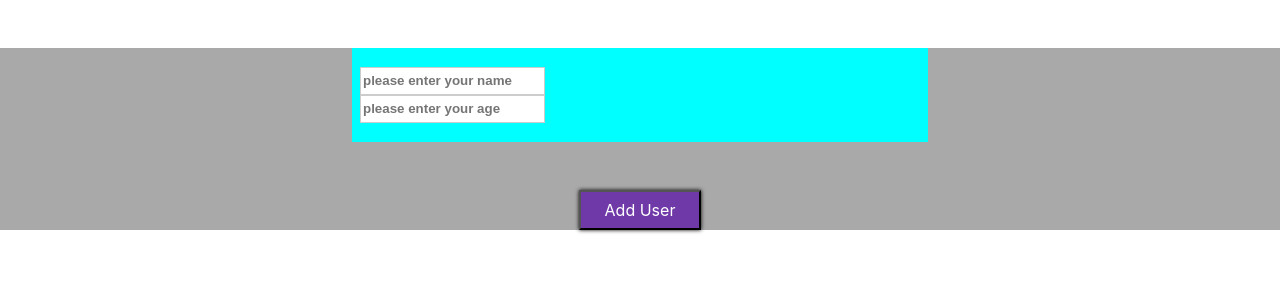
Repository: NamalPathirana/section-eight
Page: /
These files come from the project's save history. The page is drawn as it stood at one moment and after a run of saves; the edit follows.
The browser window is 1280 px wide. The pictures show the whole page.
The project was rebuilt for these pictures with package versions that can differ from the ones it lists, and the page was loaded fresh each time.

Above is the page before, as saved 2021-11-25 21:51:35.

### src/App.js
import logo from './logo.svg';
import './App.css';
import UserInput from './Components/UserInput/UserInput';

function App() {
  return (
    <div className="App">
      <section>
      <UserInput></UserInput>
      </section>
    </div>
  );
}

export default App;

### src/App.css
.App {
  text-align: center;
  flex-direction: column;
  background-color: darkgrey;
}

### src/Components/UserInput/UserInput.js
import Button from '../../UI/Button/Button';
import styles from './UserInput.module.css'

const UserInput = () => {
    return (
        <form>
        <div className={styles.frame}>
            <input placeholder='please enter your name'/>
            <input placeholder='please enter your age'/>
        </div>
        <Button name='Add User'></Button>
        </form>
    );
};

export default UserInput;

### src/UI/Button/Button.js
import styles from './Button.module.css'

const Button = (props) => {

    return(
        <div>
            <button className={styles.button}>
               {props.name}
            </button>
        </div>
    )
}

export default Button;

### src/Components/UserInput/UserInput.module.css
.frame{
    margin: 0.5rem 0.5rem;
    padding: 1.2rem 0.5rem;
    width: 35rem;
    max-width: 90%;
    margin: 3rem auto;
    background-color: aqua;
}

.frame input{
    display: block;
    font-weight: bold;
    border: 1px solid #ccc;
    line-height: 1.5rem;
    padding: 100 0.25rm;
}

### src/UI/Button/Button.module.css
.button{
    font: inherit;
    padding: 0.5rem 1.5rem;
    background-color: rgb(112, 57, 168);
    color:white;
    box-shadow: 0 0 4px black;
    cursor: pointer;
}

.button:focus{
    outline: none;
}

.button:hover,.button:active{
    background-color: rgb(185, 140, 231);
    border-color: rgb(185, 140, 231);
    box-shadow: 0 0 8px black;
}

Loaded but not shown: public/index.html (common file); src/index.js (common file); src/index.css (common file); src/reportWebVitals.js (common file)

After the next 2 saves:
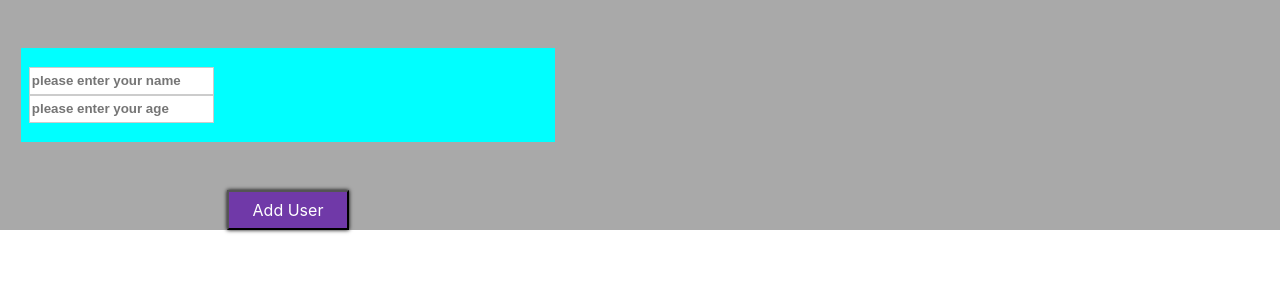
The 2 saves are shown as one change because they came seconds apart.
The last was saved 6 s later.
--- a/src/App.css
+++ b/src/App.css
@@ -1,5 +1,6 @@
 .App {
   text-align: center;
-  flex-direction: column;
+  display: flex;
+  flex-direction: row;
   background-color: darkgrey;
 }
